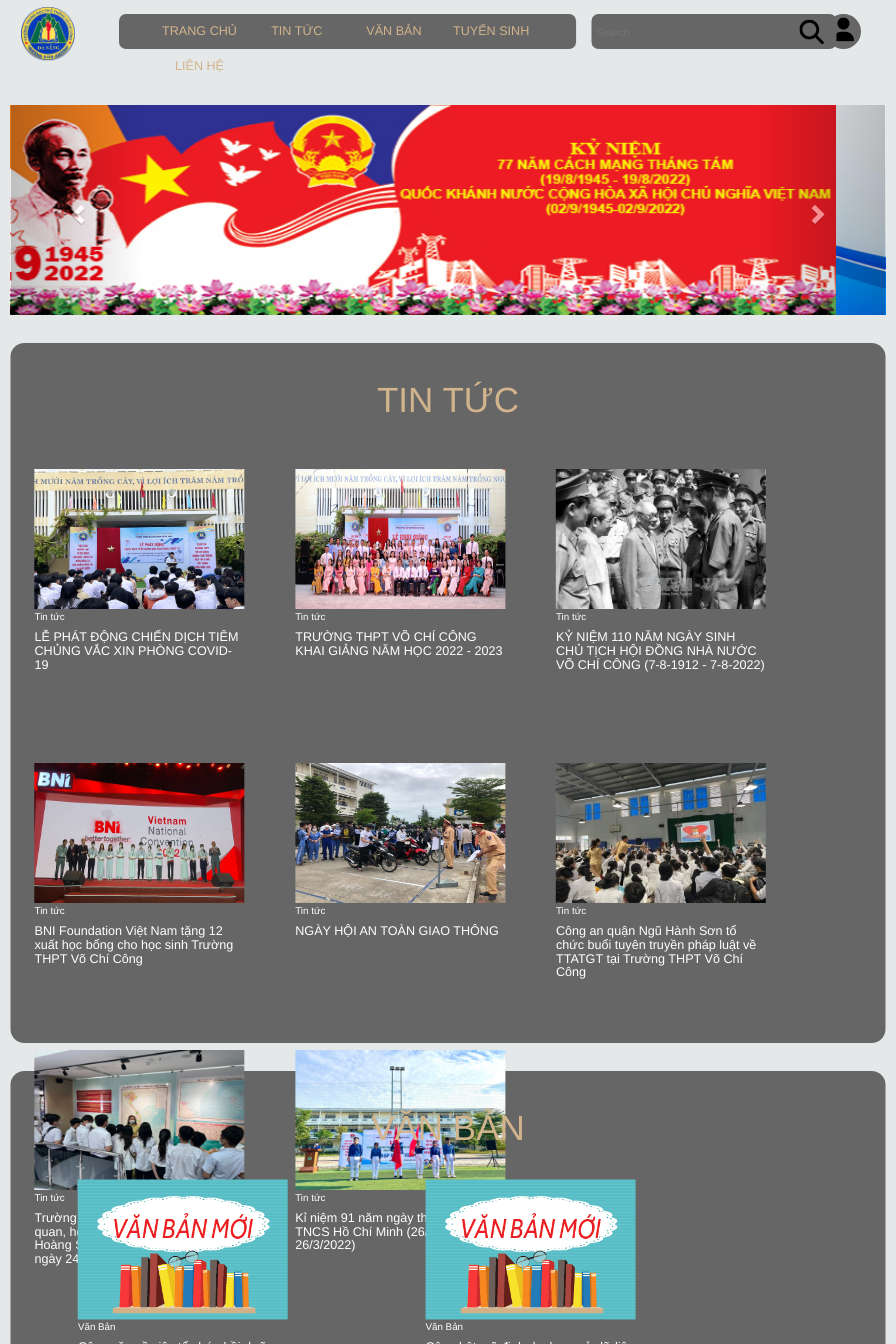
Repository: dphasst17/THPTVCC
Page: index.html
The author's editor kept a copy of each file at every save. The page is drawn from the files as they stood at one save, then again after the next save.
The browser window is 1280 px wide. The pictures show the part of the page from y = 0 to 1920 px (the page is 3420 px tall), at 70% of full size.

Above is the page before, as saved 2022-10-07 19:39:08.

After the next save:
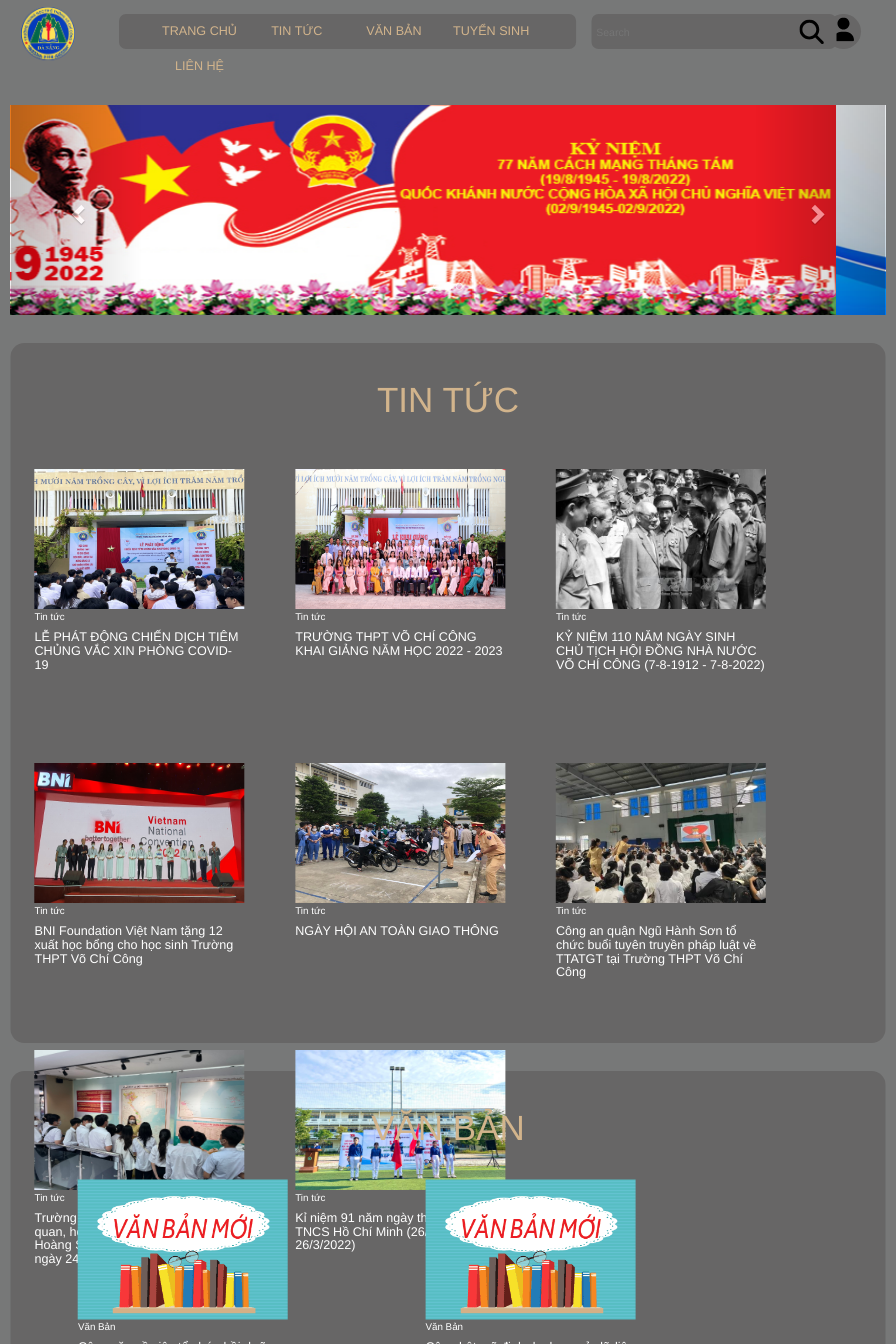
Saved 54 s later.
--- a/index.js
+++ b/index.js
@@ -13,7 +13,7 @@ $(document).ready(function(){
 })
 $(document).ready(function(){
 	$('#light').click(function(){
-    	$('body').css("background-color","white")
+    	$('body').css("background-color","rgb(119, 120, 120)")
         $('#light').css("display","none")
         $('#dark').css("display","block")
     })
--- a/style.css
+++ b/style.css
@@ -4,7 +4,7 @@ html{
 body{
     margin:0;
     text-decoration:none;
-    background-color:rgb(229, 232, 232);
+    background-color:rgb(119, 120, 120);
 }
 header{
     width:100%;

After the save that followed:
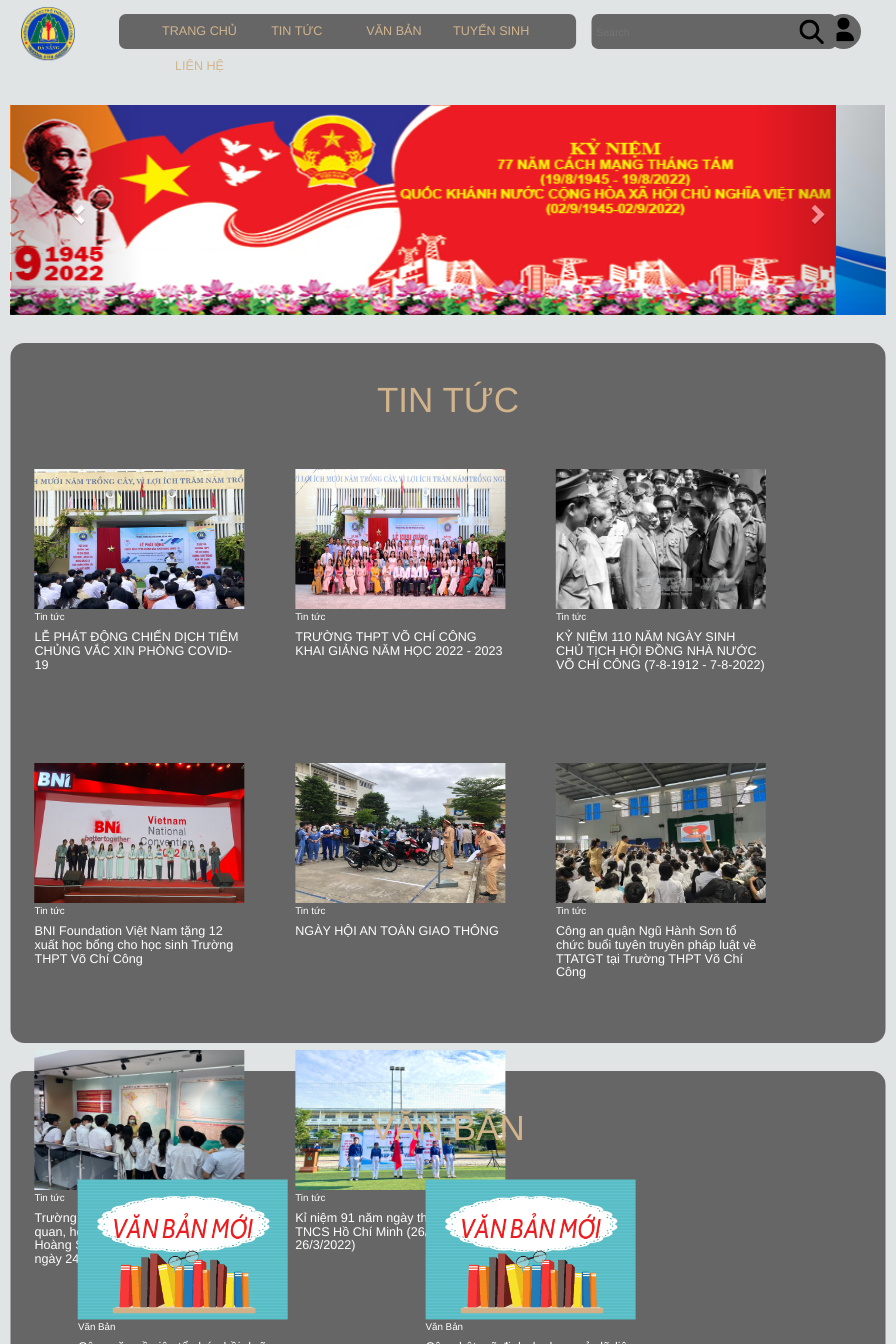
Saved 28 s later.
--- a/style.css
+++ b/style.css
@@ -4,7 +4,7 @@ html{
 body{
     margin:0;
     text-decoration:none;
-    background-color:rgb(119, 120, 120);
+    background-color:rgb(225, 228, 228);
 }
 header{
     width:100%;
